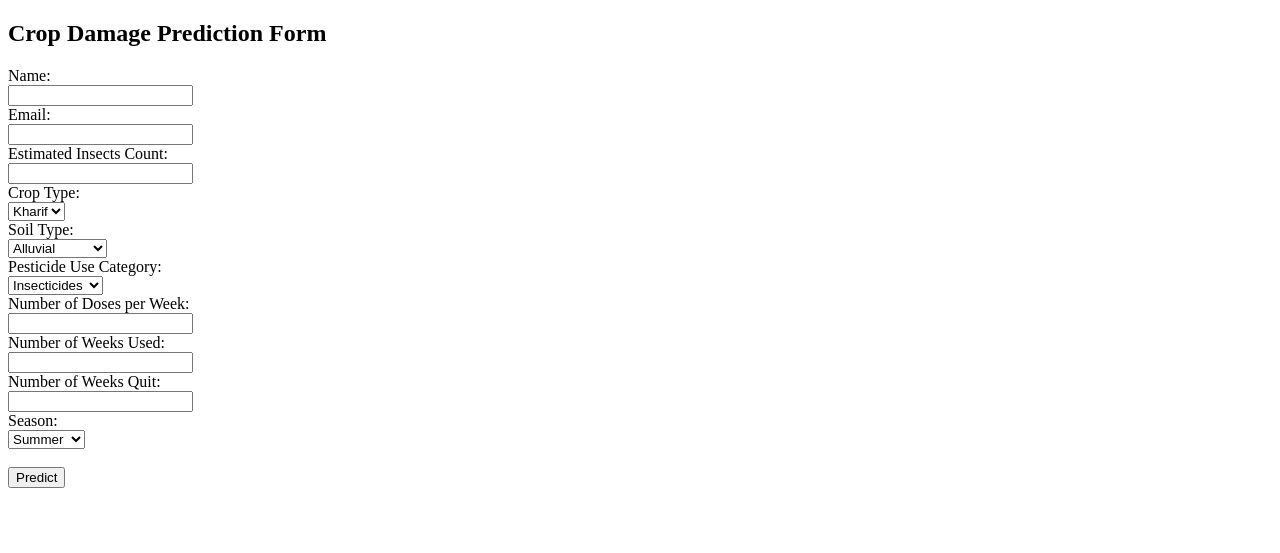
Repository: imdhanush13/cropdamage
Page: app/templates/index.html
The author's editor kept a copy of each file at every save. The page is drawn from the files as they stood at one save, then again after a run of saves.
The browser window is 1280 px wide. The pictures show the whole page.
The template is drawn by Flask 3. The application's start-up code is not run. Other server files are loaded and not shown. The template is opened directly, without the code that normally fills it, so the values that code supplies are empty.

Above is the page before, as saved 2025-04-28 22:10:02.

### app/templates/index.html
<!DOCTYPE html>
<html lang="en">
<head>
    <meta charset="UTF-8">
    <title>Crop Damage Prediction</title>
</head>
<body>
    <h2>Crop Damage Prediction Form</h2>

    <form method="POST" action="/predict">
        <label>Name:</label><br>
        <input type="text" name="name" required><br>

        <label>Email:</label><br>
        <input type="email" name="email" required><br>

        <label>Estimated Insects Count:</label><br>
        <input type="number" name="Estimated_Insects_Count" required><br>

        <label>Crop Type:</label><br>
        <select name="Crop_Type">
            <option value="Kharif">Kharif</option>
            <option value="Rabi">Rabi</option>
        </select><br>

        <label>Soil Type:</label><br>
        <select name="Soil_Type">
            <option value="Alluvial">Alluvial</option>
            <option value="Black-Cotton">Black-Cotton</option>
        </select><br>

        <label>Pesticide Use Category:</label><br>
        <select name="Pesticide_Use_Category">
            <option value="Insecticides">Insecticides</option>
            <option value="Bactericides">Bactericides</option>
            <option value="Herbicides">Herbicides</option>
        </select><br>

        <label>Number of Doses per Week:</label><br>
        <input type="number" name="Number_Doses_Week" required><br>

        <label>Number of Weeks Used:</label><br>
        <input type="number" name="Number_Weeks_Used" step="any" required><br>

        <label>Number of Weeks Quit:</label><br>
        <input type="number" name="Number_Weeks_Quit" required><br>

        <label>Season:</label><br>
        <select name="Season">
            <option value="Summer">Summer</option>
            <option value="Monsoon">Monsoon</option>
            <option value="Winter">Winter</option>
        </select><br><br>

        <input type="submit" value="Predict">
    </form>

    {% if prediction_text %}
        <h3>{{ prediction_text }}</h3>
    {% endif %}
</body>
</html>

After the next 10 saves:
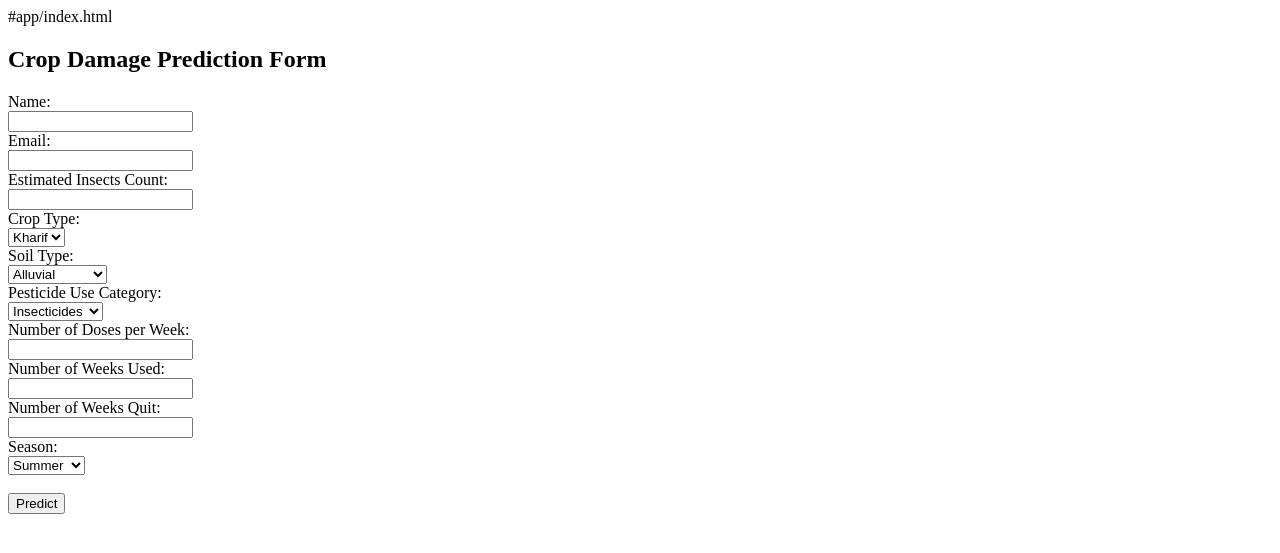
The 10 saves are shown as one change because they came seconds apart.
The last was saved 56 s later.
--- a/app/templates/index.html
+++ b/app/templates/index.html
@@ -1,4 +1,5 @@
 <!DOCTYPE html>
+#app/index.html
 <html lang="en">
 <head>
     <meta charset="UTF-8">
